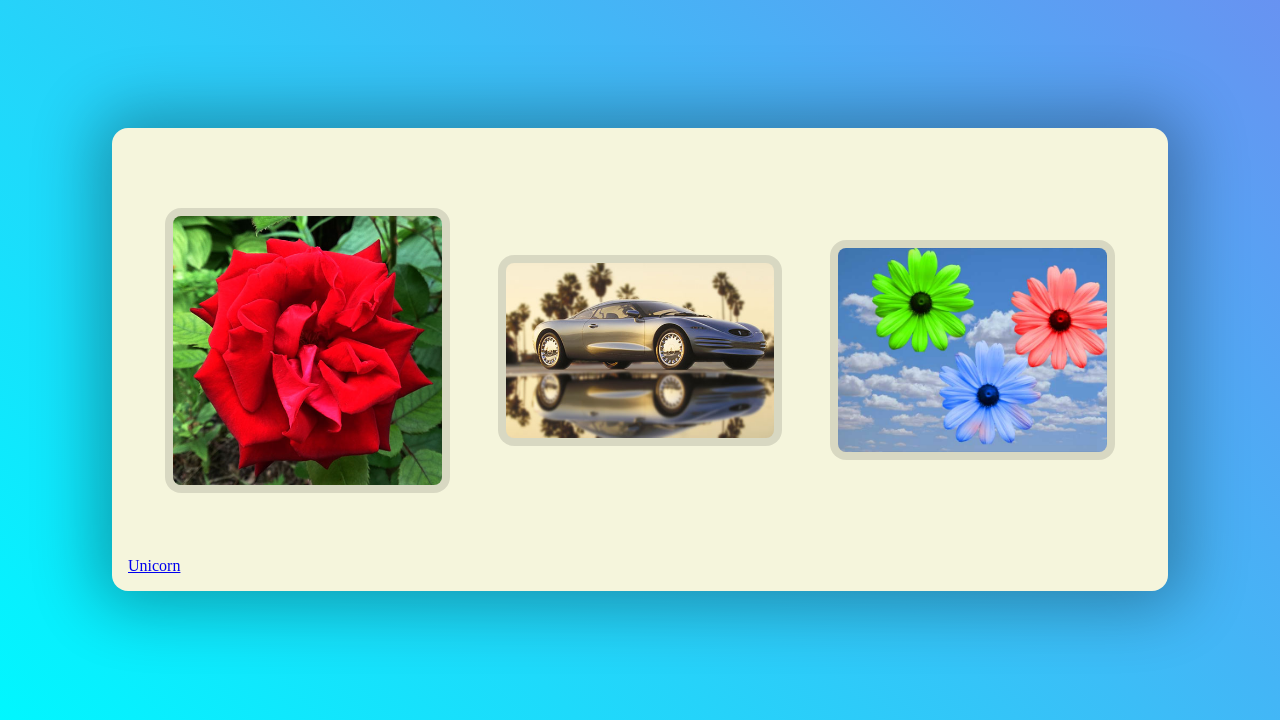
Repository: ViggoSkj/VGY
Page: ovningar/photoshopovning/photoshopovning.html
An editor plug-in stored every save of this project. The page is shown before and after the next save, followed by the edit.
The browser window is 1280 px wide. The pictures show the whole page.

Above is the page before, as saved 2022-11-27 12:19:16.

After the next save:
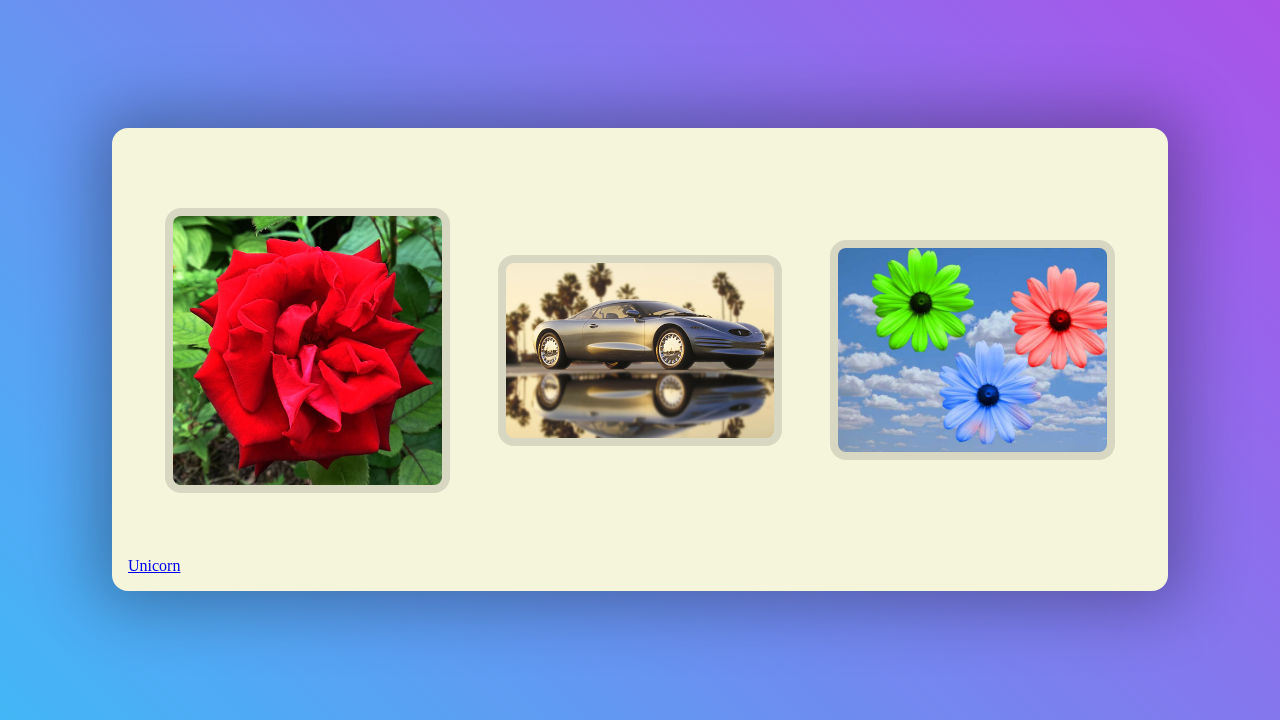
Saved 15 s later.
--- a/ovningar/photoshopovning/public/css/style.css
+++ b/ovningar/photoshopovning/public/css/style.css
@@ -13,7 +13,7 @@ body
 @keyframes rotating
 {
     from {background-position-x: 00%;}
-    to {background-position-x: 100%%;}
+    to {background-position-x: 100%;}
 }
 
 .container
